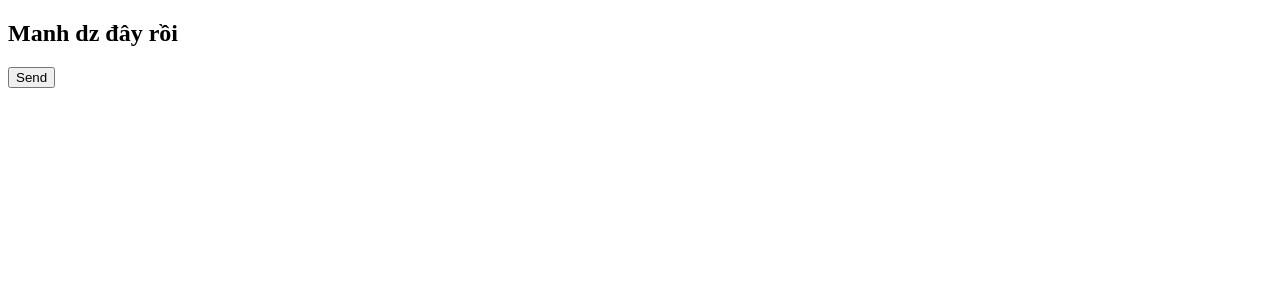
Repository: Minhanh3/Java4_Fpoly
Page: http://localhost/lesson-2_inputname/view/inputname.jsp
An editor plug-in stored every save of this project. The page is shown before and after the next save, followed by the edit.
The browser window is 1280 px wide. The pictures show the whole page.
The page is served by Tomcat 10. Other server files are loaded and not shown.

Above is the page before, as saved 2023-12-14 10:51:38.

### jv4-fpoly/lesson-2_inputname/src/main/webapp/view/inputname.jsp
<%@ page language="java" contentType="text/html; charset=UTF-8"
    pageEncoding="UTF-8"%>
<!DOCTYPE html>
<html>
<head>
<meta charset="UTF-8">
<title>Insert title here</title>
</head>
<body>
<h2>Manh dz đây rồi</h2>
<form action="../InputnameServlet">
	<input type="submit" value="Send">
</form>
</body>
</html>

After the next save:
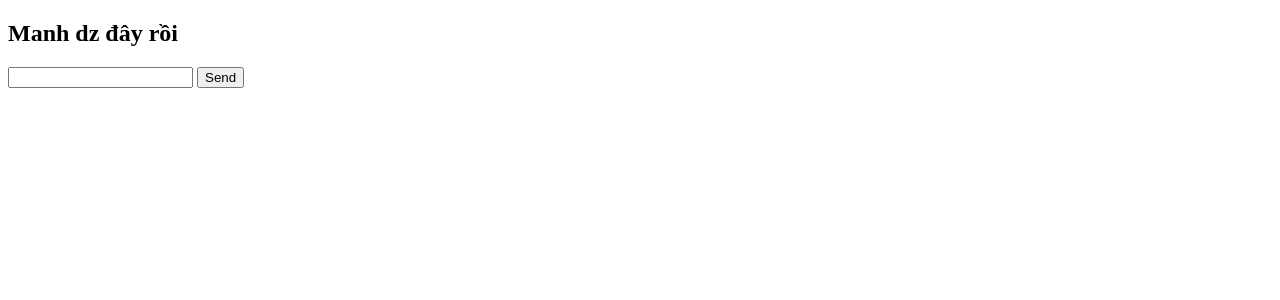
Saved 12 s later.
--- a/jv4-fpoly/lesson-2_inputname/src/main/webapp/view/inputname.jsp
+++ b/jv4-fpoly/lesson-2_inputname/src/main/webapp/view/inputname.jsp
@@ -1,5 +1,5 @@
 <%@ page language="java" contentType="text/html; charset=UTF-8"
-    pageEncoding="UTF-8"%>
+	pageEncoding="UTF-8"%>
 <!DOCTYPE html>
 <html>
 <head>
@@ -7,9 +7,10 @@
 <title>Insert title here</title>
 </head>
 <body>
-<h2>Manh dz đây rồi</h2>
-<form action="../InputnameServlet">
-	<input type="submit" value="Send">
-</form>
+	<h2>Manh dz đây rồi</h2>
+	<form action="../InputnameServlet">
+		<input type="text" name="name">
+		<input type="submit" value="Send">
+	</form>
 </body>
 </html>
